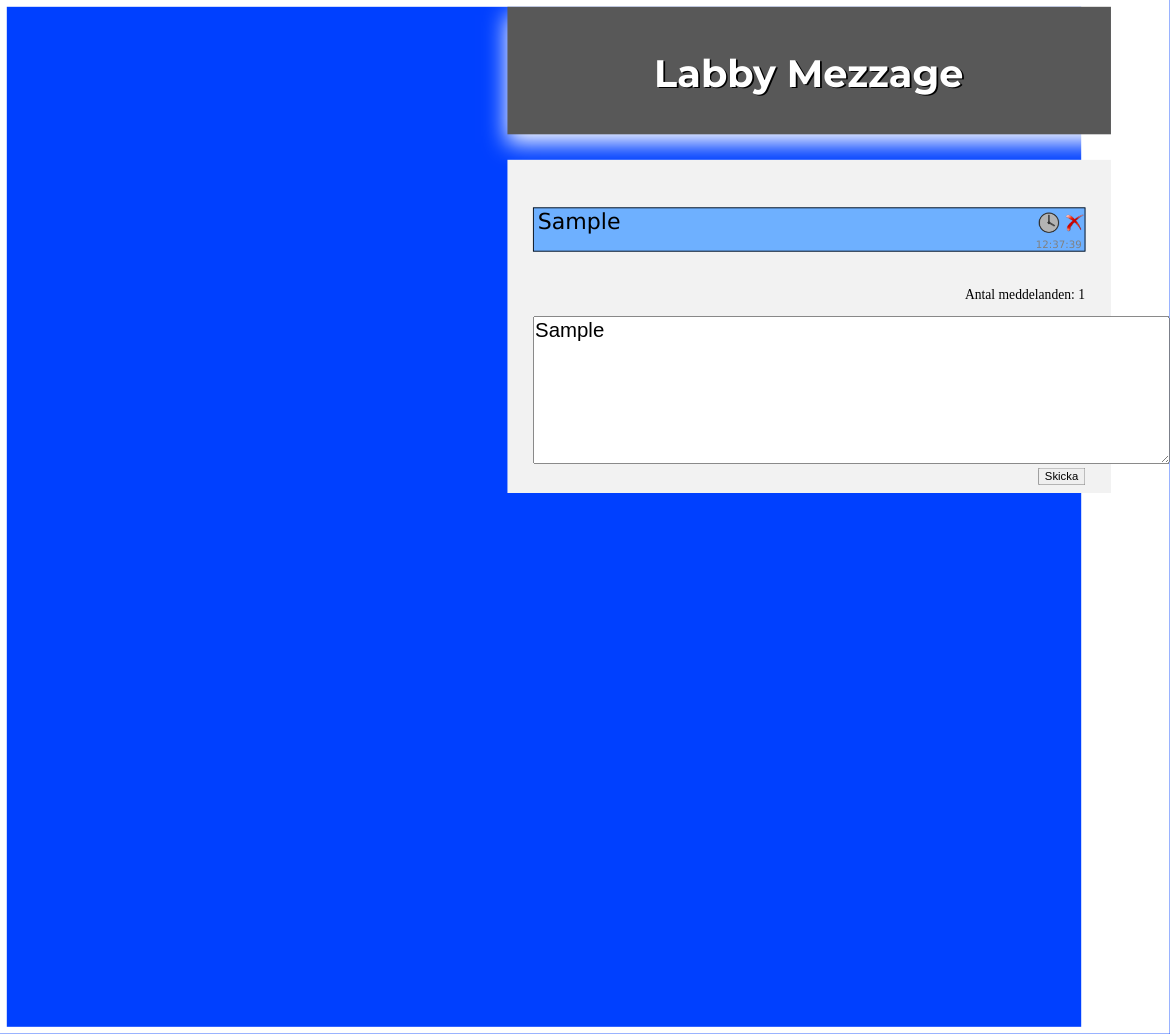
Repository: lw222gz/1dv403-laborationer-lw222gz
Page: 2-labbymezzage/index.html
The author's editor kept a record of every edit. The page is drawn from the files as they stood at one moment, then again after the next edit.
The browser window is 1280 px wide. The page is 1376 px wide, so the pictures cover 1376 px, including what lies to the right of the window. The pictures show the whole page, at 85% of full size.
Empty fields were first filled with sample values (such as "Sample", 5 or name@example.com).
After loading, the first visible `#send` was clicked once.

Above is the page before.

After the next edit:
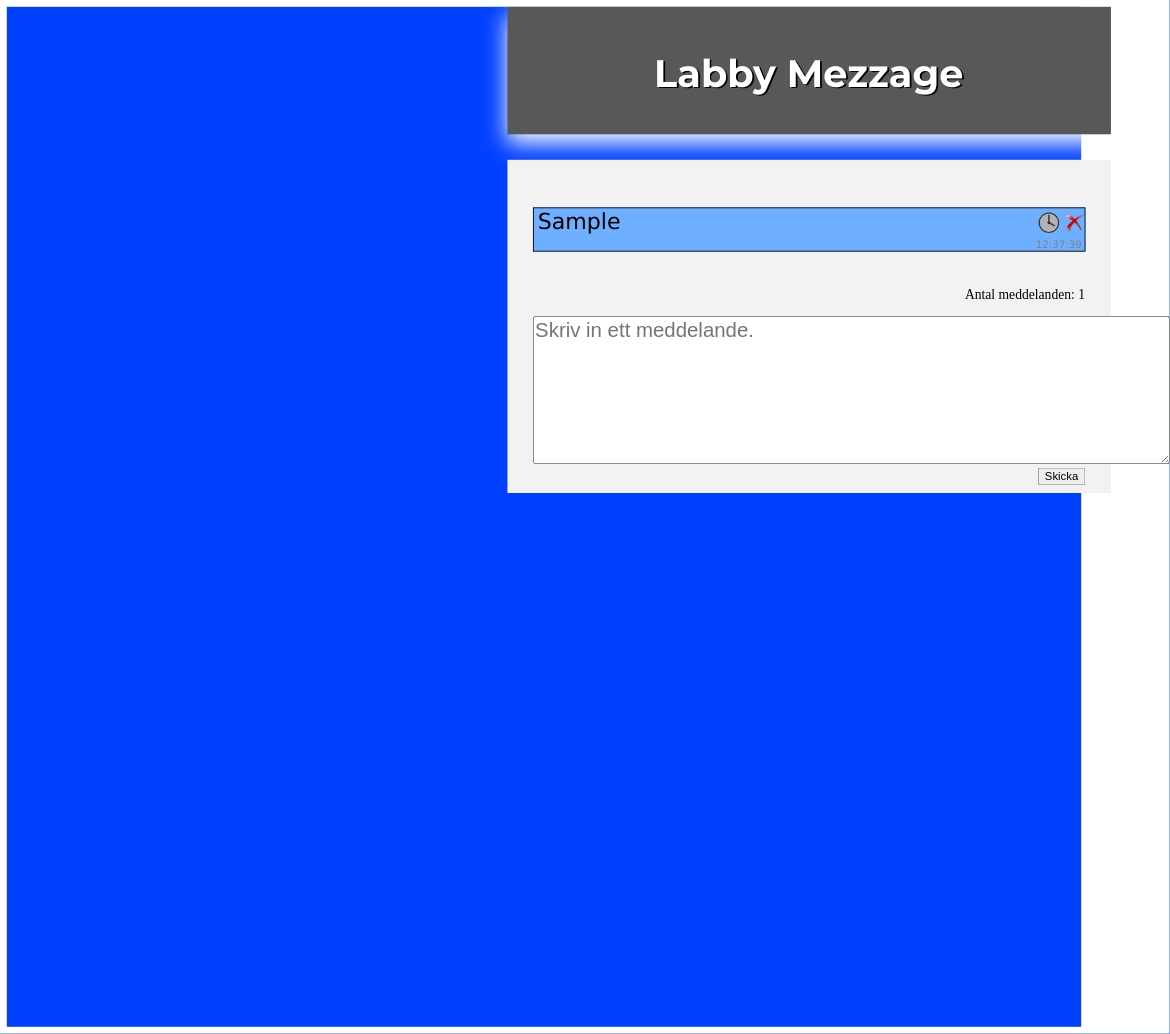
The edit:
--- a/2-labbymezzage/LabbyMessage.js
+++ b/2-labbymezzage/LabbyMessage.js
@@ -34,7 +34,7 @@
         messages.push(myObj);
 
         renderMessage(messages.length-1);
-
+        RemoveText();
         }
         });
 
